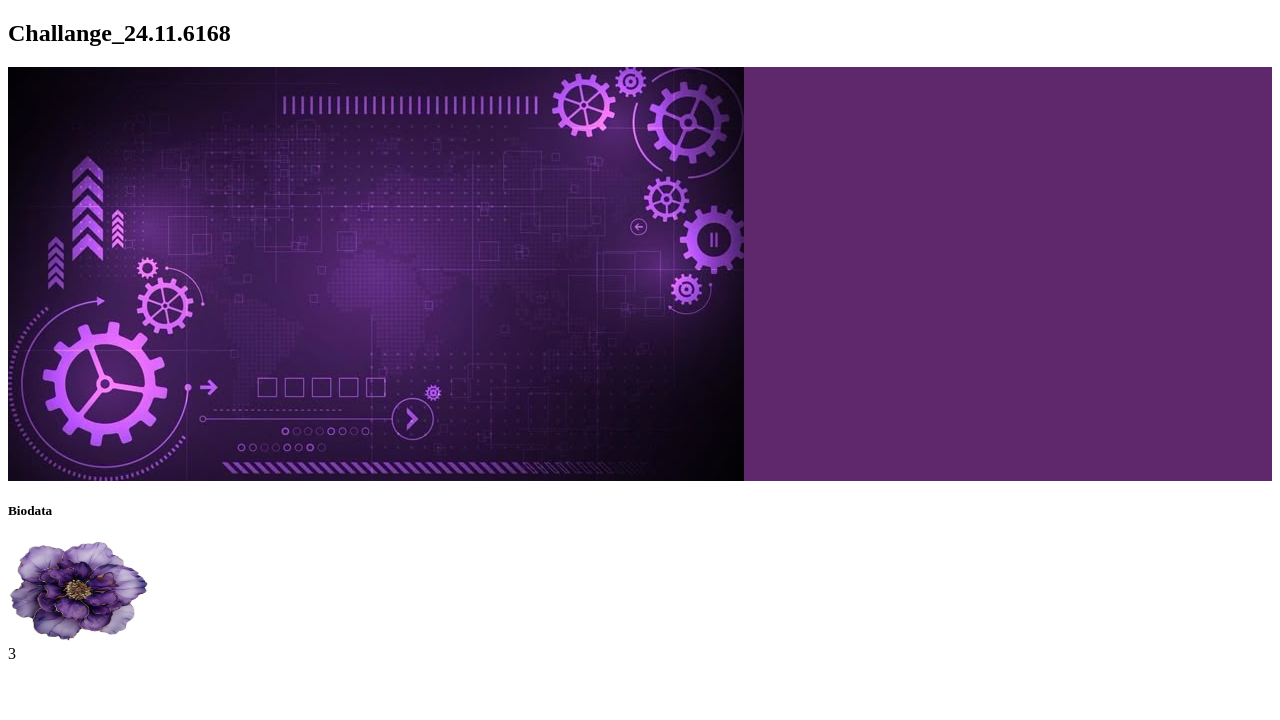
Repository: Ms-Ulfiyahrustam/p5_pemogramanweb
Page: index.html
The author's editor kept a copy of each file at every save. The page is drawn from the files as they stood at one save, then again after the next save.
The browser window is 1280 px wide. The pictures show the whole page.

Above is the page before, as saved 2026-04-27 09:17:14.

After the next save:
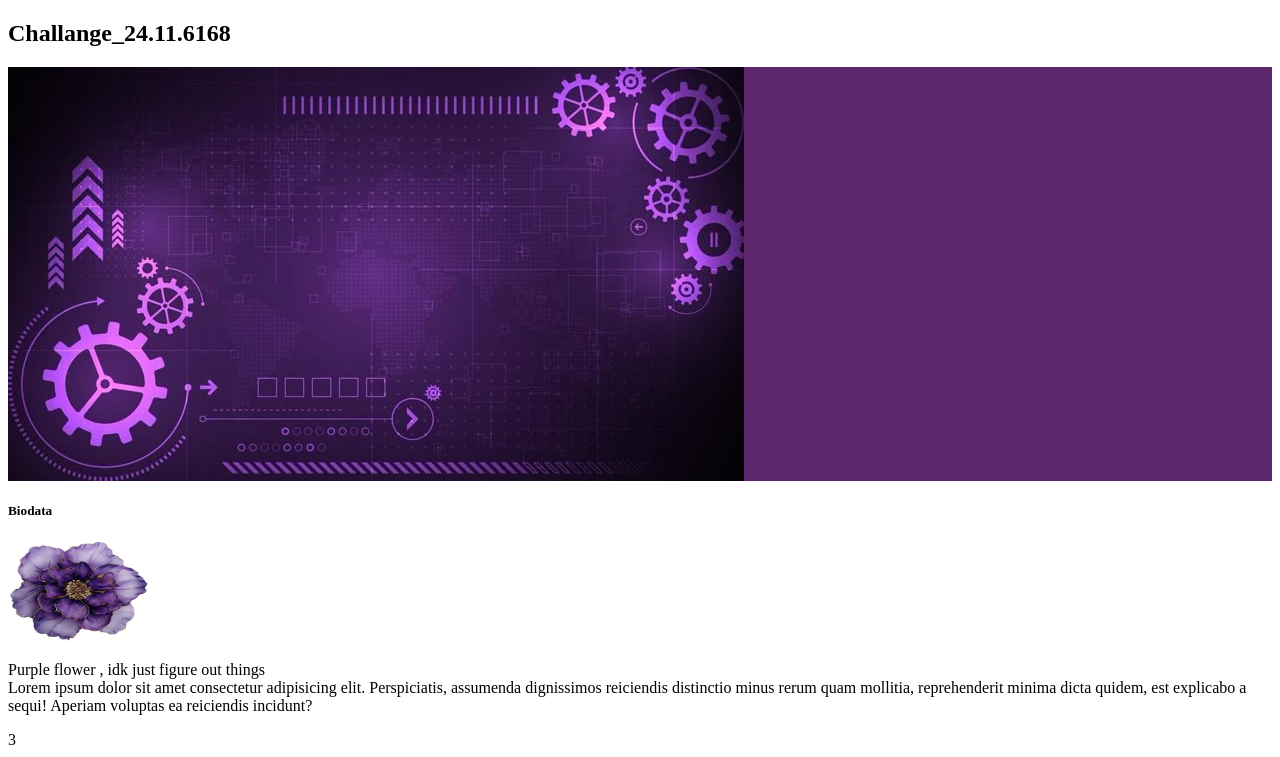
Saved 54 s later.
--- a/index.html
+++ b/index.html
@@ -14,6 +14,10 @@
     <div >
         <h5>Biodata</h5>
         <img src="purple.jpg" alt="" width="140" height="100" >
+        <p>Purple flower , idk just figure out things <br>
+            Lorem ipsum dolor sit amet consectetur adipisicing elit. Perspiciatis, assumenda dignissimos reiciendis
+            distinctio minus rerum quam mollitia, reprehenderit minima dicta quidem, est explicabo a sequi! Aperiam voluptas ea reiciendis incidunt? <br>
+        </p>
     </div>
     <div>3</div>
 </body>
